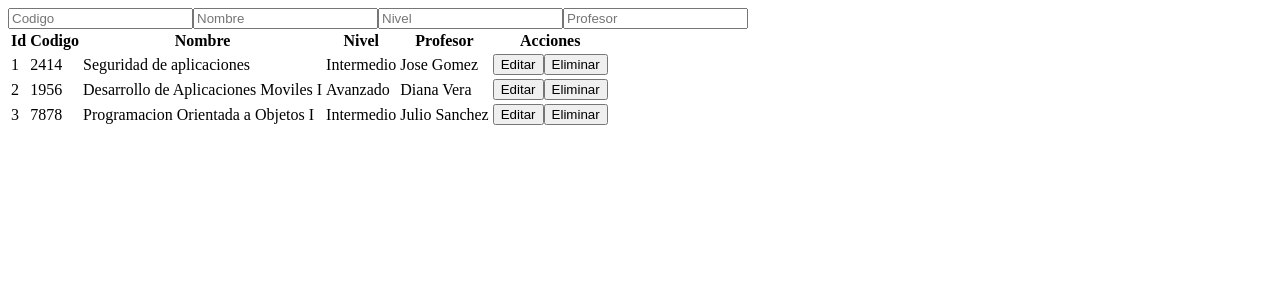
Repository: LuisCondori98/LP1-CIB
Page: http://localhost/Clase-01/demo.jsp
The author's editor kept a copy of each file at every save. The page is drawn from the files as they stood at one save, then again after a run of saves.
The browser window is 1280 px wide. The pictures show the whole page.
The page is served by Tomcat 9.

Above is the page before, as saved 2025-01-11 14:28:00.

### Clase-01/src/main/webapp/demo.jsp
<%@ page language="java" contentType="text/html; charset=ISO-8859-1"
    pageEncoding="ISO-8859-1"%>
<!DOCTYPE html>
<html>
<head>
<meta charset="ISO-8859-1">
<title>Insert title here</title>
</head>
<body>
	<form style="display: flex">
		<input type="number" placeholder="Codigo"/>
		<input type="text" placeholder="Nombre"/>
		<input type="text" placeholder="Nivel"/>
		<input type="text" placeholder="Profesor"/>
	</form>
	<table>
		<tr>
			<th>Id</th>
			<th>Codigo</th>
			<th>Nombre</th>
			<th>Nivel</th>
			<th>Profesor</th>
			<th>Acciones</th>
		</tr>
		<tr>
			<td>1</td>
			<td>2414</td>
			<td>Seguridad de aplicaciones</td>
			<td>Intermedio</td>
			<td>Jose Gomez</td>
			<td><button>Editar</button><button>Eliminar</button></td>
		</tr>
		<tr>
			<td>2</td>
			<td>1956</td>
			<td>Desarrollo de Aplicaciones Moviles I</td>
			<td>Avanzado</td>
			<td>Diana Vera</td>
			<td><button>Editar</button><button>Eliminar</button></td>
		</tr>
		<tr>
			<td>3</td>
			<td>7878</td>
			<td>Programacion Orientada a Objetos I</td>
			<td>Intermedio</td>
			<td>Julio Sanchez</td>
			<td><button>Editar</button><button>Eliminar</button></td>
		</tr>
	</table>
</body>
</html>

After the next 2 saves:
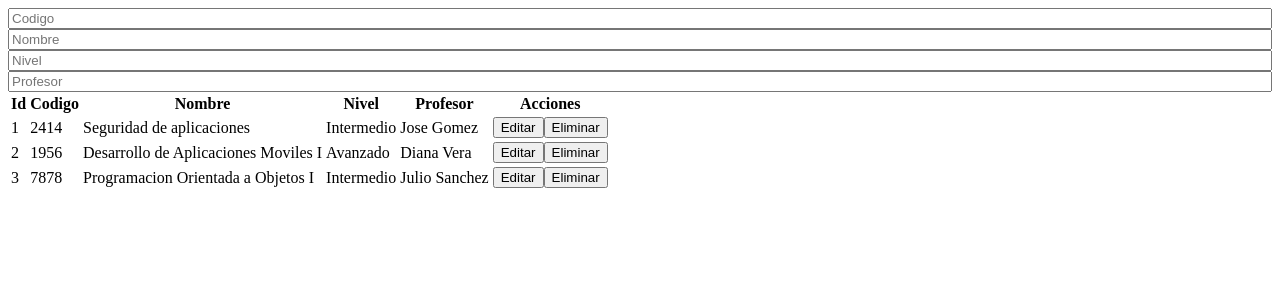
The 2 saves are shown as one change because they came seconds apart.
The last was saved 22 s later.
--- a/Clase-01/src/main/webapp/demo.jsp
+++ b/Clase-01/src/main/webapp/demo.jsp
@@ -7,7 +7,7 @@
 <title>Insert title here</title>
 </head>
 <body>
-	<form style="display: flex">
+	<form style="display: flex; flex-direction: column">
 		<input type="number" placeholder="Codigo"/>
 		<input type="text" placeholder="Nombre"/>
 		<input type="text" placeholder="Nivel"/>
